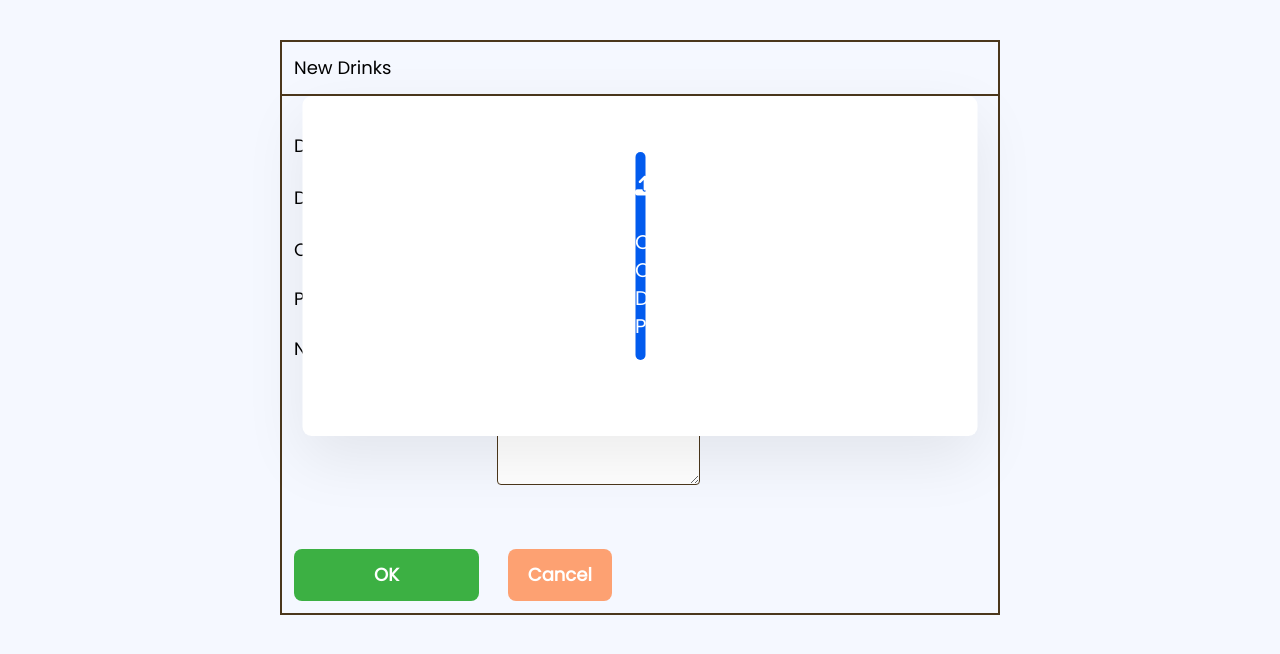
Repository: Dapravith/Midterm-SE-GIC-Cafe-Project-Group16
Page: src/main/resources/templates/addDrink.html
The author's editor kept a copy of each file at every save. The page is drawn from the files as they stood at one save, then again after the next save.
The browser window is 1280 px wide. The pictures show the whole page.
Some web libraries are served in a nearby version.

Above is the page before, as saved 2023-05-16 22:34:09.

After the next save:
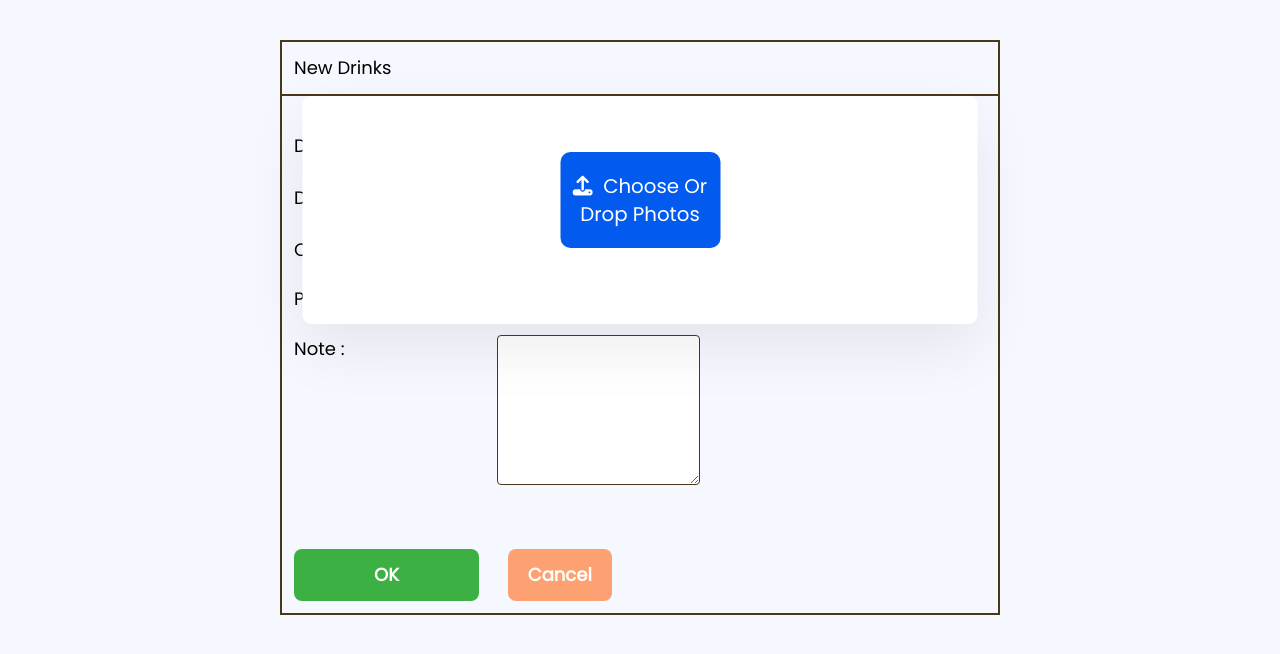
Saved 8 s later.
--- a/src/main/resources/templates/addDrink.html
+++ b/src/main/resources/templates/addDrink.html
@@ -52,7 +52,7 @@
             color: #ffffff;
             font-size: 1.1em;
             text-align: center;
-            width: 10px;
+            width: 10rem;
             padding: 1em 0;
             border-radius: 0.5em;
             margin: 0 auto 1em auto;
